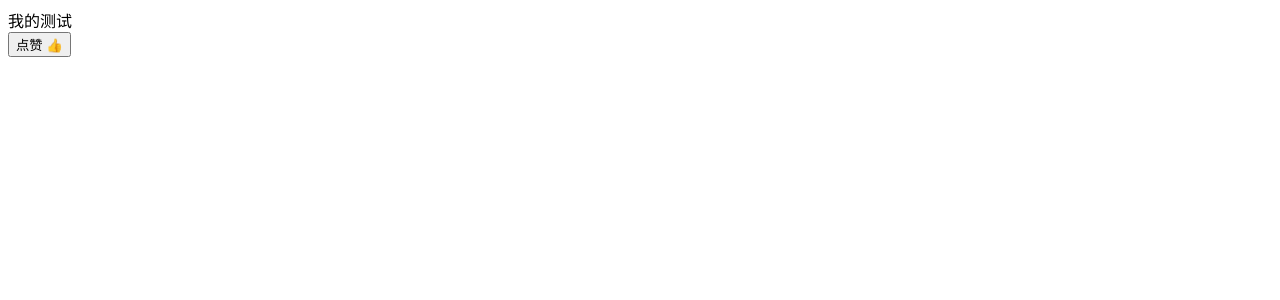
Repository: tongshoutongjiao/reactBook-Project
Page: reactBook/r5.html
An editor plug-in stored every save of this project. The page is shown before and after the next save, followed by the edit.
The browser window is 1280 px wide. The pictures show the whole page.

Above is the page before, as saved 2021-09-02 15:19:04.

After the next save:
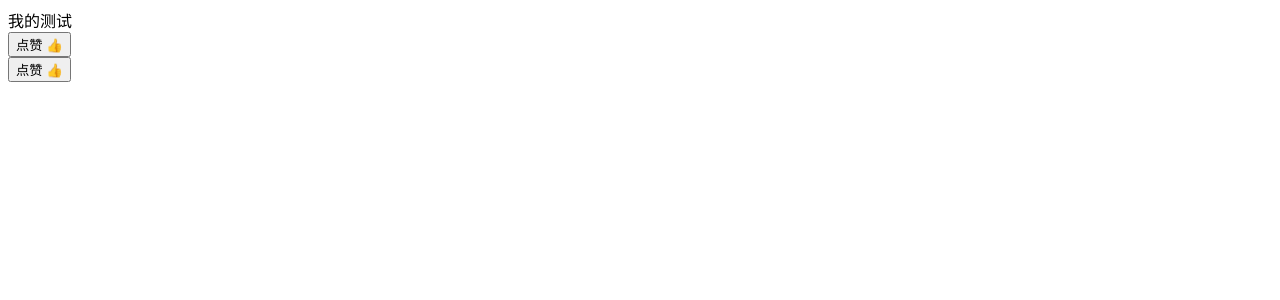
Saved 74 s later.
--- a/reactBook/r5.html
+++ b/reactBook/r5.html
@@ -67,12 +67,6 @@
 
         console.log(btn1.render())
 
-        const mount = (component, wrapper) => {
-
-        }
-        mount()
-
-
         container.appendChild(btn1._renderDOM());
 
         btn1.onStateChange = function(oldEl, newEl) {
@@ -80,6 +74,14 @@
             container.insertBefore(newEl, oldEl);
             container.removeChild(oldEl)
         }
+
+        const mount = (component, wrapper) => {
+            wrapper.appendChild(component._renderDOM())
+
+
+
+        }
+        mount(new LikeButton(), container)
     </script>
 
 </body>

After the 2 saves that followed:
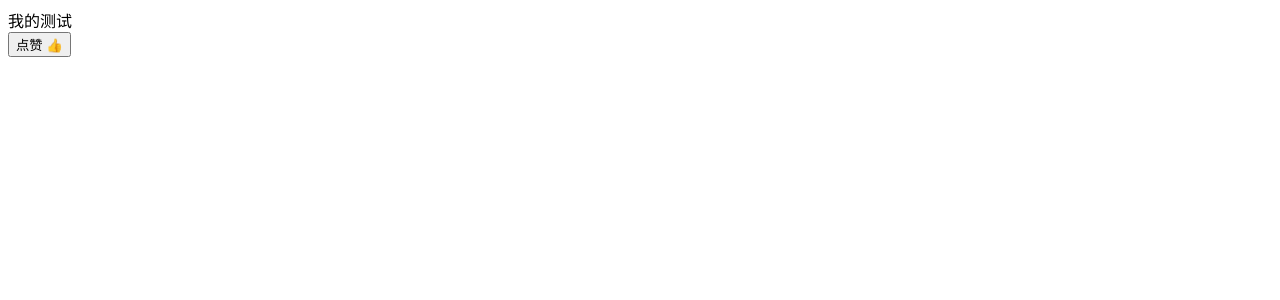
The 2 saves are shown as one change because 1 left the picture as it was.
The last was saved 44 s later.
--- a/reactBook/r5.html
+++ b/reactBook/r5.html
@@ -63,21 +63,14 @@
         }
 
         const container = document.querySelector('.wrapper');
-        let btn1 = new LikeButton();
+        const mount = (component, wrapper) => {
+            wrapper.appendChild(component._renderDOM());
 
-        console.log(btn1.render())
-
-        container.appendChild(btn1._renderDOM());
-
-        btn1.onStateChange = function(oldEl, newEl) {
-            console.log('查看正常逻辑数据')
-            container.insertBefore(newEl, oldEl);
-            container.removeChild(oldEl)
-        }
-
-        const mount = (component, wrapper) => {
-            wrapper.appendChild(component._renderDOM())
-
+            component.onStateChange = function(oldEl, newEl) {
+                console.log('查看正常逻辑数据')
+                container.insertBefore(newEl, oldEl);
+                container.removeChild(oldEl)
+            }
 
 
         }
